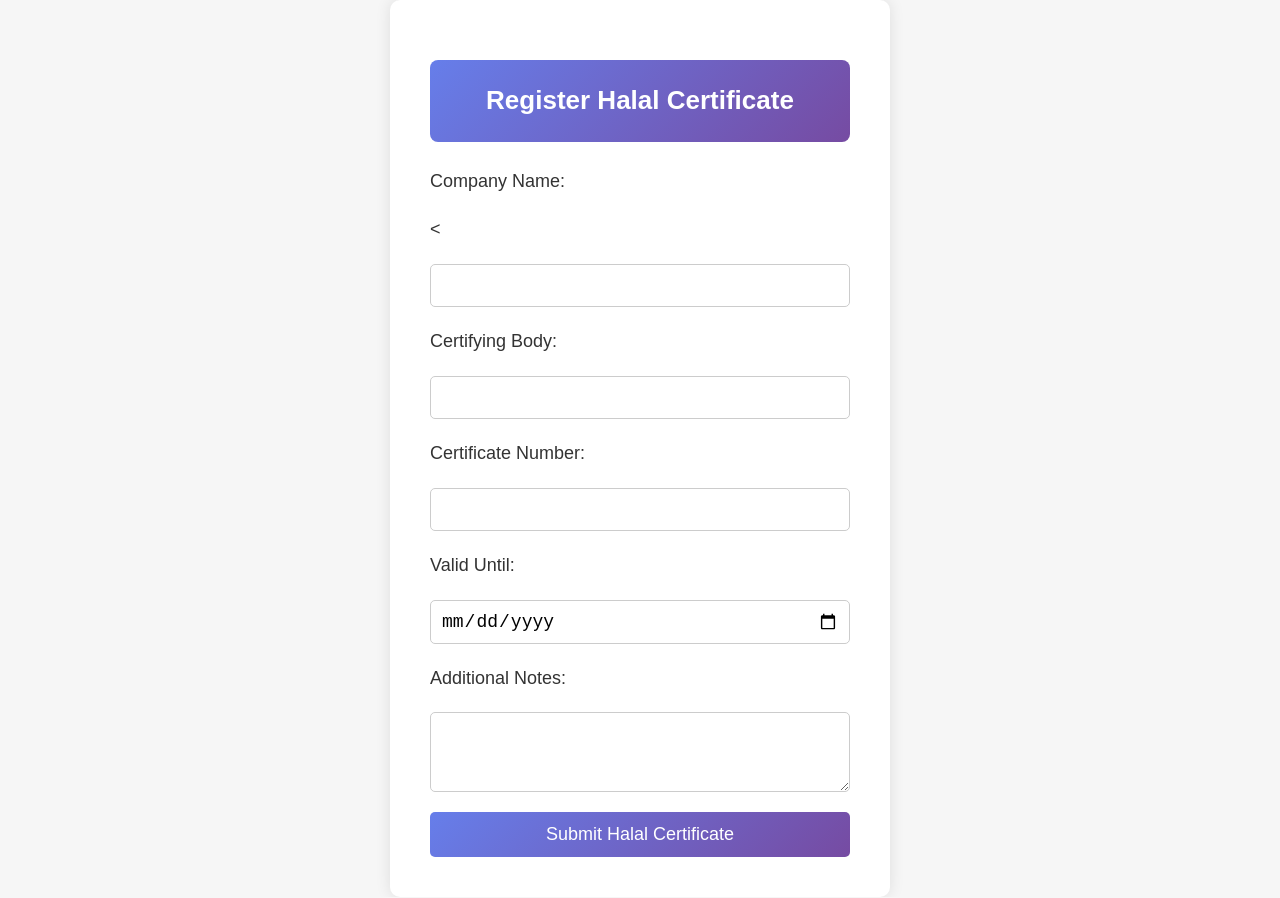
Repository: HarrishPanicker1/Blockchain_Group_AI_Assignment
Page: frontend/adding_halal_certification.html
The author's editor kept a copy of each file at every save. The page is drawn from the files as they stood at one save, then again after the next save.
The browser window is 1280 px wide. The pictures show the whole page.

Above is the page before, as saved 2025-06-15 23:14:15.

### frontend/adding_halal_certification.html
<!DOCTYPE html>
<html lang="en">
<head>
  <meta charset="UTF-8" />
  <meta name="viewport" content="width=device-width, initial-scale=1.0"/>
  <title>Register Halal Certificate</title>
  <link rel="stylesheet" href="styles.css" />
  <link rel="stylesheet" href="halal_cert.css">

</head>
<body>
  <div class="form-container">
    <h2>Register Halal Certificate</h2>

    <form id="halalForm">
      <label for="company">Company Name:</label>
      <<input type="text" id="company" required></select>


      <label for="certBody">Certifying Body:</label>
      <input type="text" id="certBody" required />

      <label for="certID">Certificate Number:</label>
      <input type="text" id="certID" required />

      <label for="validUntil">Valid Until:</label>
      <input type="date" id="validUntil" required />

      <label for="notes">Additional Notes:</label>
      <textarea id="notes"></textarea>

      <button type="submit">Submit Halal Certificate</button>
    </form>
  </div>

  <script src="halal_cert.js"></script>
</body>
</html>

### styles.css
* {
    margin: 0;
    padding: 0;
    box-sizing: border-box;
}

body {
    font-family: 'Segoe UI', Tahoma, Geneva, Verdana, sans-serif;
    line-height: 1.6;
    color: #333;
    background-color: #f4f4f4;
}

h1, h2, h3 {
    margin-bottom: 1rem;
    color: #2c3e50;
}

h2 {
    padding: 20px 0;
    text-align: center;
    background: linear-gradient(135deg, #667eea 0%, #764ba2 100%);
    color: white;
    margin: 20px 0;
    border-radius: 8px;
}

button {
    background: linear-gradient(135deg, #667eea 0%, #764ba2 100%);
    color: white;
    border: none;
    padding: 12px 24px;
    border-radius: 6px;
    cursor: pointer;
    font-size: 16px;
    transition: transform 0.2s, box-shadow 0.2s;
}

button:hover {
    transform: translateY(-2px);
    box-shadow: 0 4px 8px rgba(0,0,0,0.2);
}

a {
    text-decoration: none;
}

#pdfListContainer {
    background: white;
    margin: 20px;
    padding: 20px;
    border-radius: 8px;
    box-shadow: 0 2px 4px rgba(0,0,0,0.1);
}

#pdfList {
    list-style: none;
}

#pdfList li {
    background: #f8f9fa;
    margin: 10px 0;
    padding: 15px;
    border-radius: 6px;
    border-left: 4px solid #667eea;
}

#pdfList a {
    color: #667eea;
    font-weight: bold;
}

#pdfList a:hover {
    color: #764ba2;
    text-decoration: underline;
}

### frontend/halal_cert.css
body {
  margin: 0;
  padding: 0;
  font-family: Arial, sans-serif;
  background-color: #f6f6f6;
  display: flex;
  align-items: center;
  justify-content: center;
  min-height: 100vh;
}

.form-container {
  background: white;
  padding: 40px;
  border-radius: 10px;
  box-shadow: 0 0 15px rgba(0, 0, 0, 0.1);
  width: 500px;
  font-size: 18px;
}

h2 {
  text-align: center;
  margin-bottom: 25px;
  font-size: 26px;
}

form {
  display: flex;
  flex-direction: column;
  gap: 20px;
}

input, select, textarea {
  padding: 10px;
  font-size: 18px;
  border: 1px solid #ccc;
  border-radius: 5px;
  width: 100%;
}

textarea {
  height: 80px;
  resize: vertical;
}

button {
  background-color: #007bff;
  color: white;
  padding: 12px;
  font-size: 18px;
  border: none;
  border-radius: 5px;
  cursor: pointer;
}

button:hover {
  background-color: #0056b3;
}

### frontend/halal_cert.js
// Simulated localStorage company list for now
let companies = JSON.parse(localStorage.getItem("companies")) || [];

// Populate company dropdown
const companyDropdown = document.getElementById("company");
companies.forEach(c => {
  const option = document.createElement("option");
  option.value = c.name;
  option.textContent = c.name;
  companyDropdown.appendChild(option);
});

// Handle submission
document.getElementById("halalForm").addEventListener("submit", function (e) {
  e.preventDefault();

  const cert = {
    company: document.getElementById("company").value,
    certBody: document.getElementById("certBody").value,
    certID: document.getElementById("certID").value,
    validUntil: document.getElementById("validUntil").value,
    notes: document.getElementById("notes").value
  };

  // Save to localStorage or backend
  let halalCerts = JSON.parse(localStorage.getItem("halalCerts")) || [];
  halalCerts.push(cert);
  localStorage.setItem("halalCerts", JSON.stringify(halalCerts));

  alert("Halal certificate registered successfully!");
  window.location.href = "index.html";
});

After the next save:
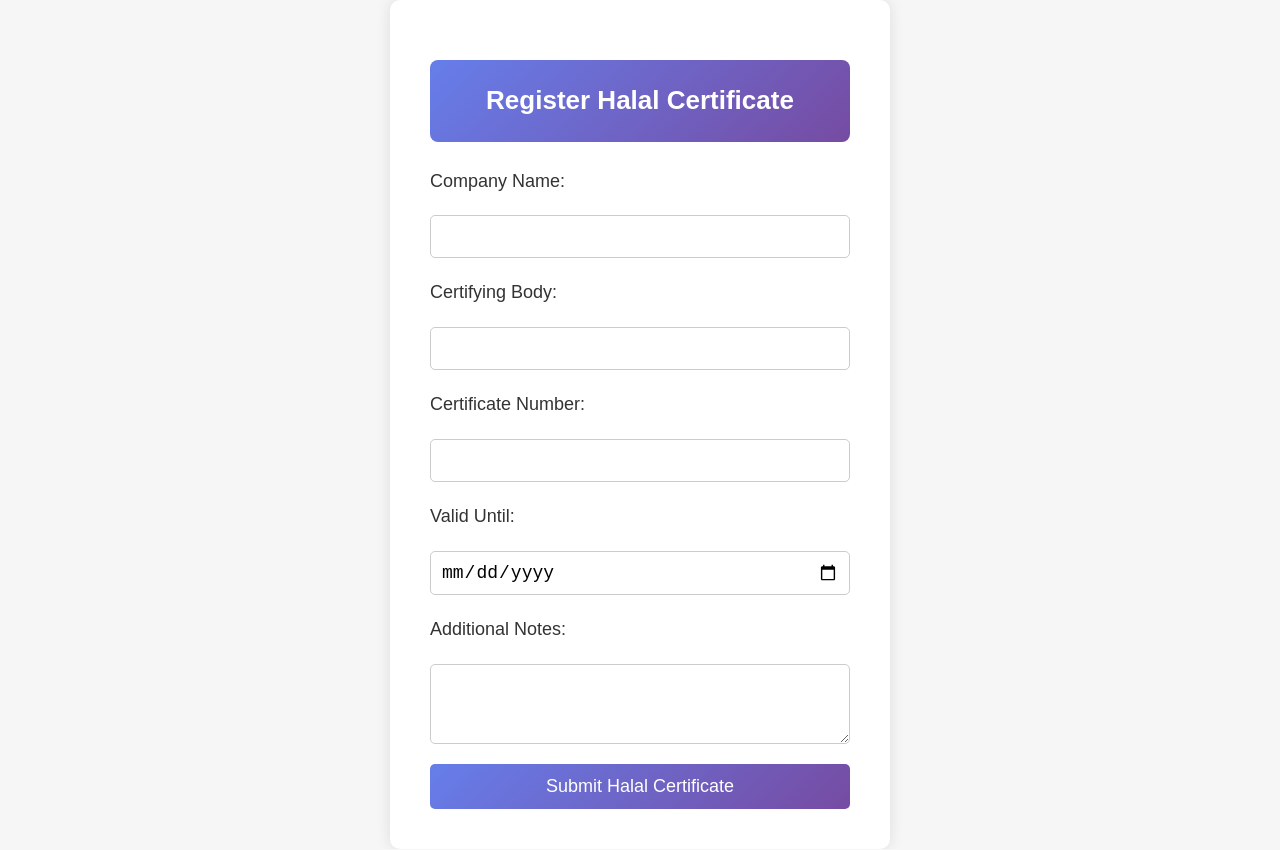
Saved 20 s later.
--- a/frontend/adding_halal_certification.html
+++ b/frontend/adding_halal_certification.html
@@ -14,7 +14,7 @@
 
     <form id="halalForm">
       <label for="company">Company Name:</label>
-      <<input type="text" id="company" required></select>
+      <input type="text" id="company" required></select>
 
 
       <label for="certBody">Certifying Body:</label>
